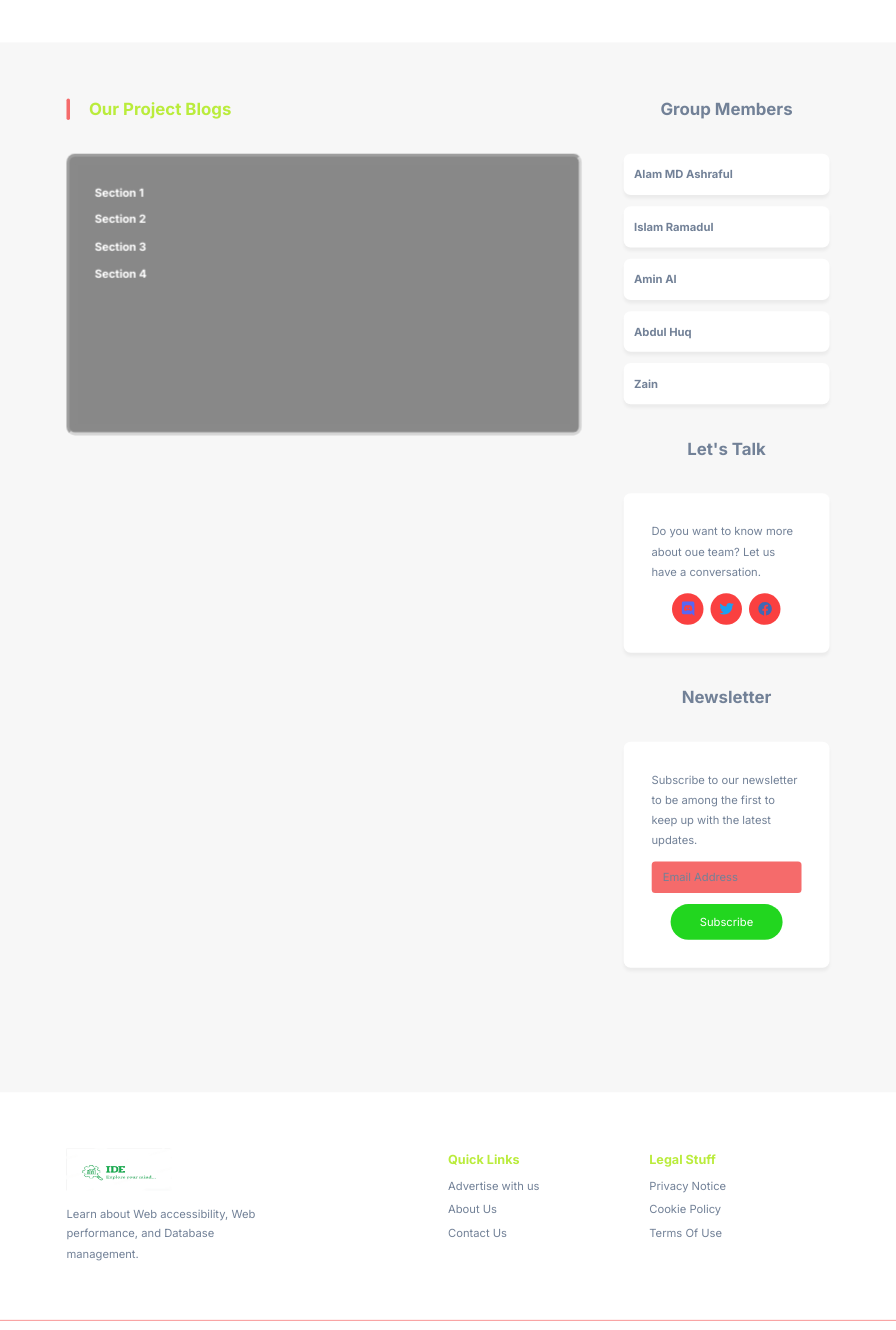
Repository: ramizraaz/zjuTeam
Page: main.html
An editor plug-in stored every save of this project. The page is shown before and after the next save, followed by the edit.
The browser window is 1280 px wide. The pictures show the part of the page from y = 492 to 2392 px (the page is 2435 px tall), at 70% of full size.
A picture or video elsewhere on the page could not be fetched, so the positions and the page height are approximate.

Above is the page before, as saved 2023-10-22 21:47:18.

After the next save:
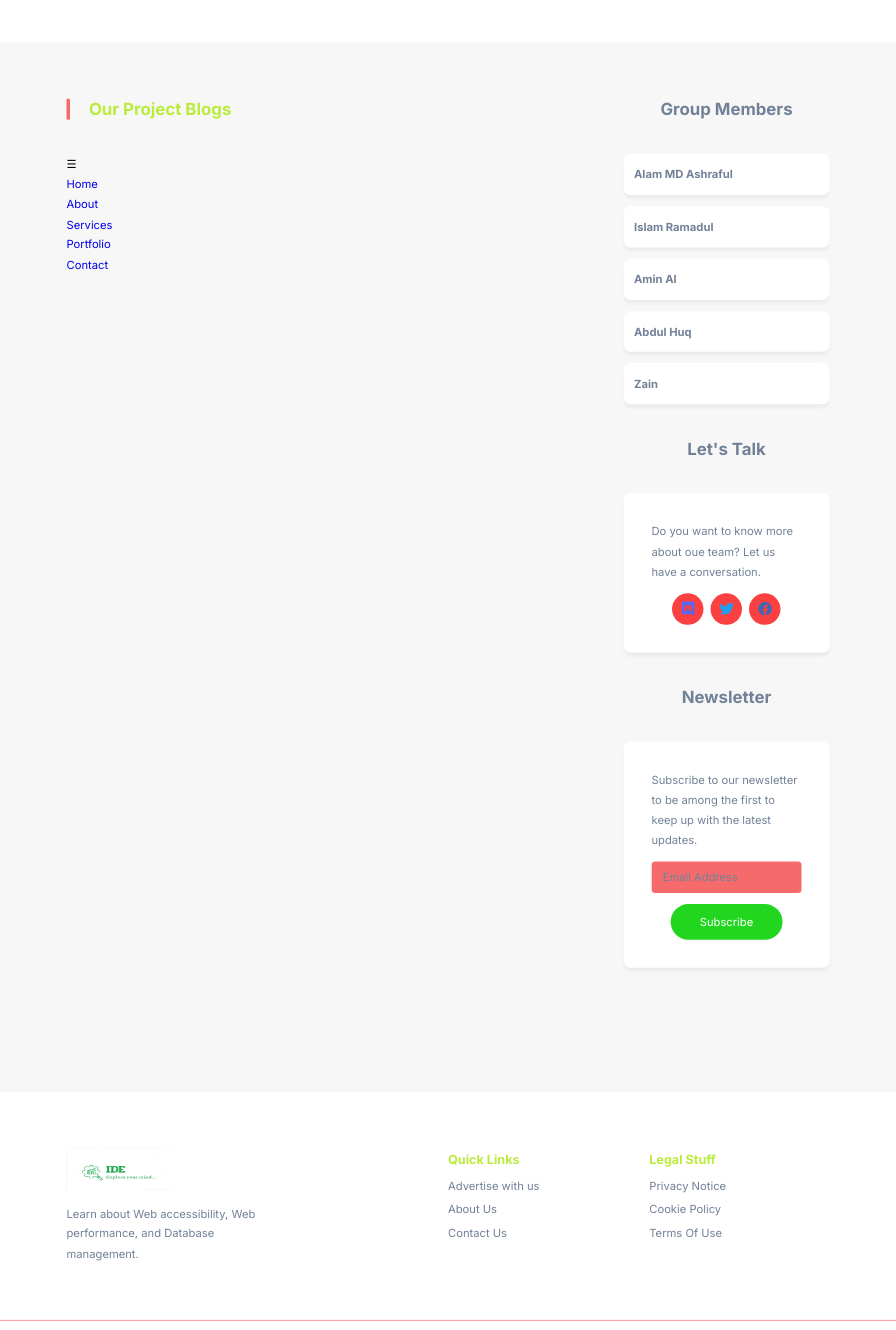
Saved 7 min 17 s later.
--- a/main.html
+++ b/main.html
@@ -159,14 +159,16 @@
                 <div class="blog">
 
                     <h2 class="h2">Our Project Blogs</h2>
-                    <aside class="navigationLeft">
+                    <div class="sidebar">
+                        <button class="toggle-btn" onclick="toggleSidebar()">☰</button>
                         <ul>
-                            <li><a href="#section1">Section 1</a></li>
-                            <li><a href="#section2">Section 2</a></li>
-                            <li><a href="#section3">Section 3</a></li>
-                            <li><a href="#section4">Section 4</a></li>
+                            <li><a href="#">Home</a></li>
+                            <li><a href="#">About</a></li>
+                            <li><a href="#">Services</a></li>
+                            <li><a href="#">Portfolio</a></li>
+                            <li><a href="#">Contact</a></li>
                         </ul>
-                    </aside>
+                    </div>
 
                 </div>
 
